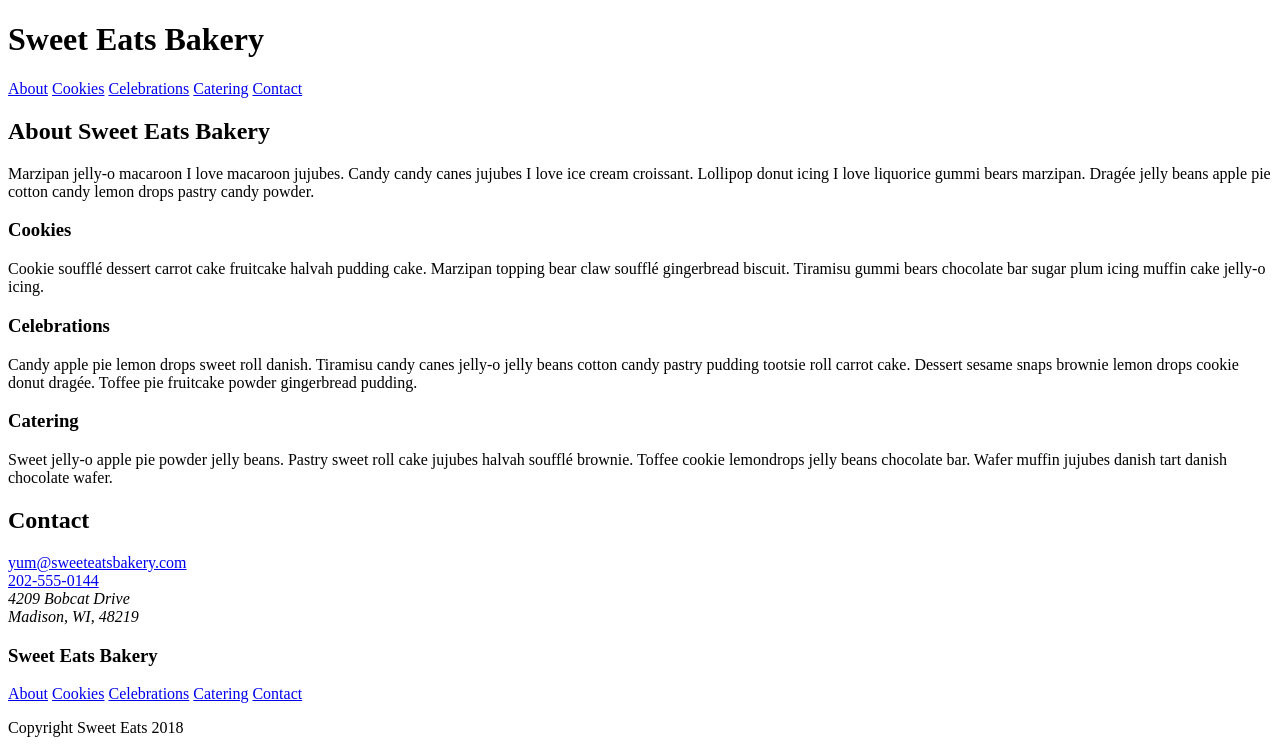
Repository: yoshimario/web-module-challenge-user-interface
Page: index.html
The author's editor kept a copy of each file at every save. The page is drawn from the files as they stood at one save, then again after the next save.
The browser window is 1280 px wide. The pictures show the whole page.
Some web fonts or font styles are not loaded; a fallback is used.

Above is the page before, as saved 2023-05-15 13:02:33.

After the next save:
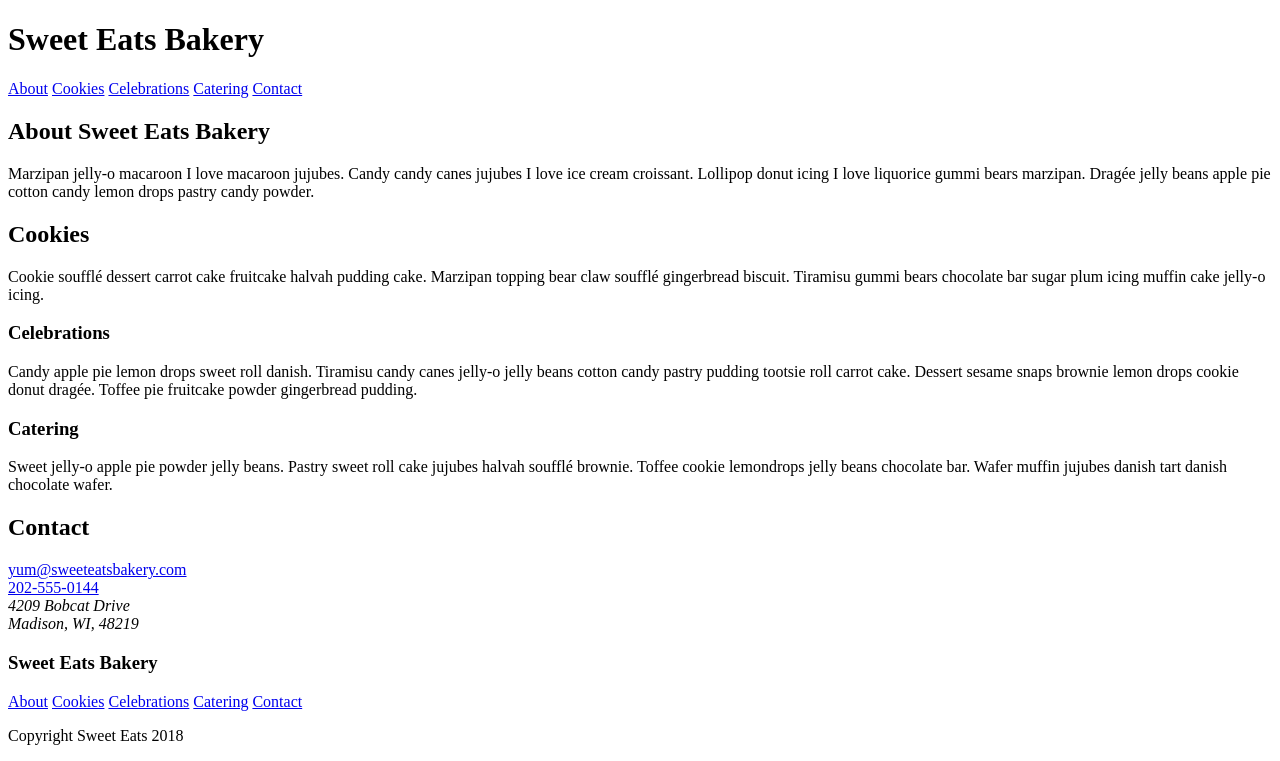
Saved 2 min 15 s later.
--- a/index.html
+++ b/index.html
@@ -38,7 +38,7 @@
 
     <!-- Image https://tk-assets.lambdaschool.com/7393a8fd-c8e5-4003-921f-79e0d546d02c_ui-i-bakery-cookies.png -->
     <section>
-        <h3>Cookies</h3>
+        <h2>Cookies</h2>
 
         Cookie soufflé dessert carrot cake fruitcake halvah pudding cake. Marzipan topping bear claw soufflé gingerbread
         biscuit. Tiramisu gummi bears chocolate bar sugar plum icing muffin cake jelly-o icing.
